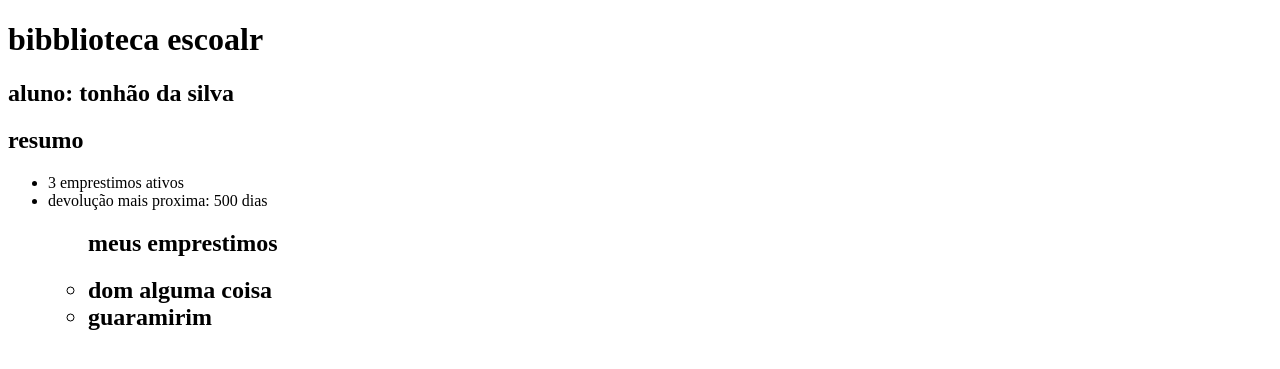
Repository: melloeduarda/html
Page: index.html
An editor plug-in stored every save of this project. The page is shown before and after the next save, followed by the edit.
The browser window is 1280 px wide. The pictures show the whole page.

Above is the page before, as saved 2026-10-28 15:16:02.

After the next save:
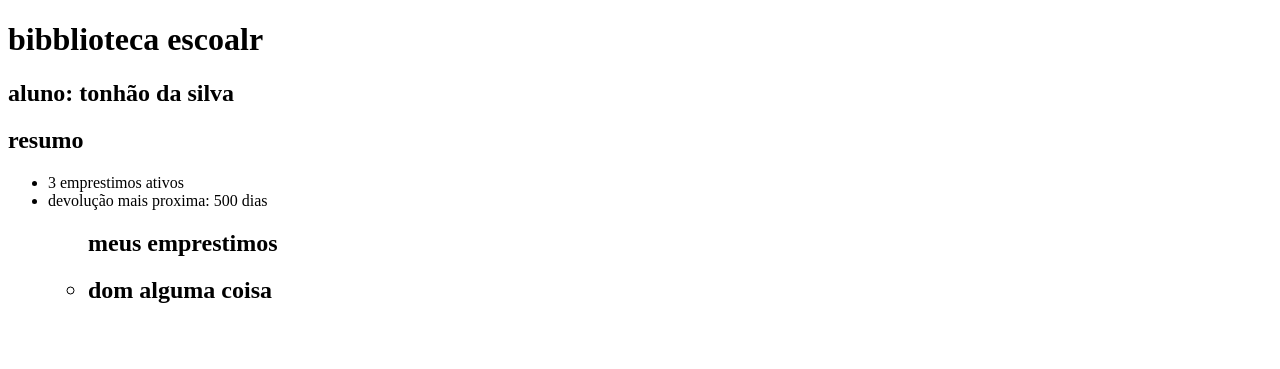
Saved 13 s later.
--- a/index.html
+++ b/index.html
@@ -21,4 +21,3 @@
 <h2>meus emprestimos<h2>
     <div class="card">
         <li>dom alguma coisa</li>
-        <li>guaramirim</li>
